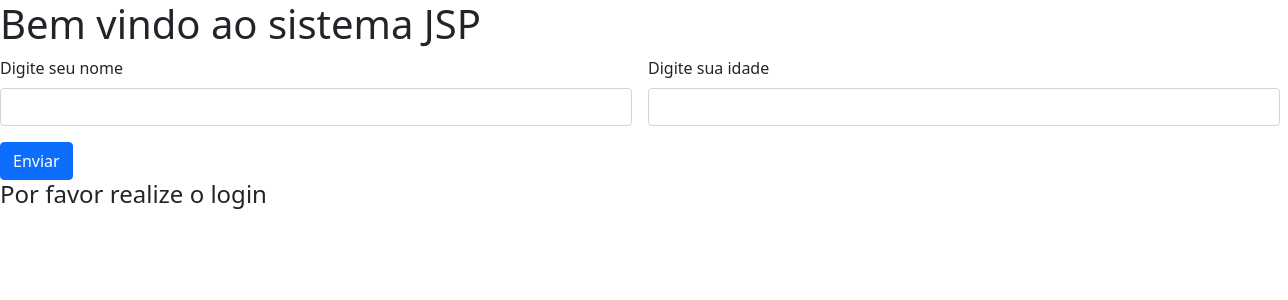
Repository: EduCarmo/PROJETO_JAVA-JSP_JDBC_SQL_JAVA
Page: http://localhost/curso-jsp/principal/cadastrousuario.jsp
An editor plug-in stored every save of this project. The page is shown before and after the next save, followed by the edit.
The browser window is 1280 px wide. The page is 1288 px wide, so the pictures cover 1288 px, including what lies to the right of the window. The pictures show the whole page.
The page is served by Tomcat 10. Other server files are loaded and not shown.

Above is the page before, as saved 2024-03-13 21:48:44.

### curso-jsp/src/main/webapp/index.jsp
<%@ page language="java" contentType="text/html; charset=UTF-8"
	pageEncoding="UTF-8"%>
<!DOCTYPE html>
<html lang="pt-BR">
<head>
<meta charset="UTF-8">
<meta name="viewport" content="width=device-width, initial-scale=1">

<link
	href="https://cdn.jsdelivr.net/npm/bootstrap@5.0.2/dist/css/bootstrap.min.css"
	rel="stylesheet"
	integrity="sha384-EVSTQN3/azprG1Anm3QDgpJLIm9Nao0Yz1ztcQTwFspd3yD65VohhpuuCOmLASjC"
	crossorigin="anonymous">

<title>Curso JSP</title>
</head>
<body>

	<h1>Bem vindo ao sistema JSP</h1>

	<form action="ServletLogin" method="post" class="row g-3">

		<input type="hidden" value="<%=request.getParameter("url")%>"
			name="url">

		<div class="col-md-6">
			<label class="form-label">Digite seu nome</label> <input name="login"
				type="text" class="form-control">
		</div>

		<div class="col-md-6">
			<label class="form-label">Digite sua idade</label> <input
				name="senha" type="password" class="form-control">
		</div>
		<div class="col-12">
			<input type="submit" value="Enviar" class="btn btn-primary">
		</div>
	</form>

	<h4>${msg}</h4>

	<script
		src="https://cdn.jsdelivr.net/npm/bootstrap@5.0.2/dist/js/bootstrap.bundle.min.js"
		integrity="sha384-MrcW6ZMFYlzcLA8Nl+NtUVF0sA7MsXsP1UyJoMp4YLEuNSfAP+JcXn/tWtIaxVXM"
		crossorigin="anonymous"></script>

</body>
</html>

After the next save:
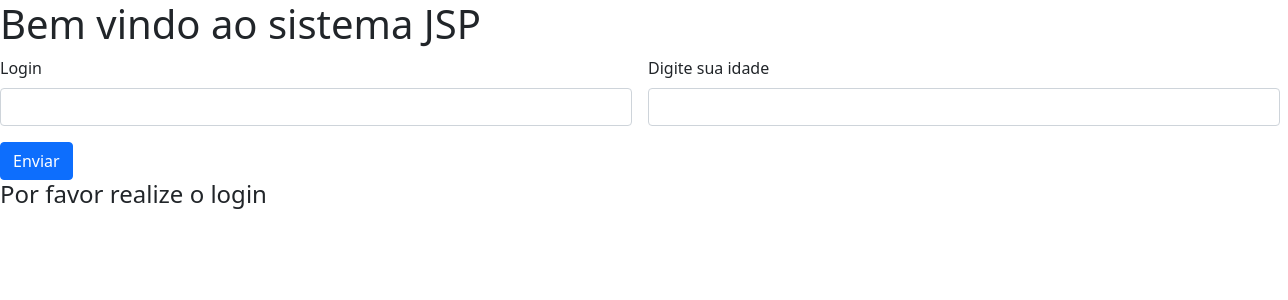
Saved 63 s later.
--- a/curso-jsp/src/main/webapp/index.jsp
+++ b/curso-jsp/src/main/webapp/index.jsp
@@ -24,8 +24,8 @@
 			name="url">
 
 		<div class="col-md-6">
-			<label class="form-label">Digite seu nome</label> <input name="login"
-				type="text" class="form-control">
+			<label class="form-label">Login</label>
+			<input name="login" type="text" class="form-control">
 		</div>
 
 		<div class="col-md-6">
